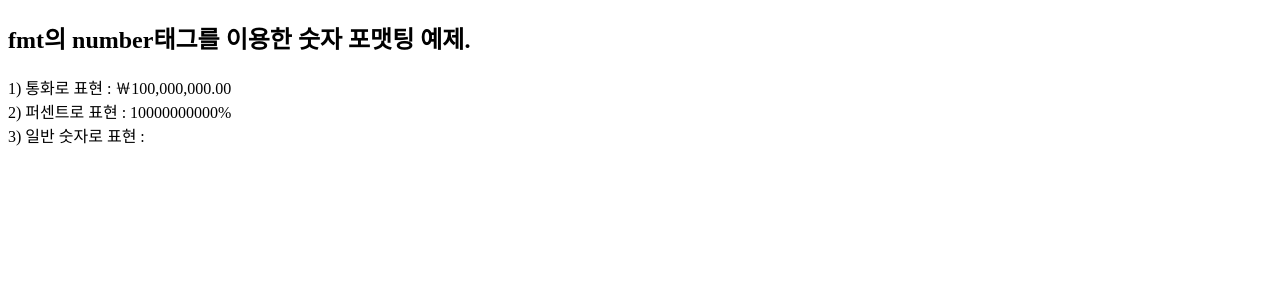
Repository: leehojun95/HJ-Developer
Page: http://localhost/webShop/sec14/test04/fomatTest.jsp
The author's editor kept a copy of each file at every save. The page is drawn from the files as they stood at one save, then again after the next save.
The browser window is 1280 px wide. The pictures show the whole page.
The page is served by Tomcat 9. Other server files are loaded and not shown.

Above is the page before, as saved 2024-04-25 07:30:37.

### webShop/src/main/webapp/sec14/test04/fomatTest.jsp
<%@ page language="java" contentType="text/html; charset=UTF-8"
    pageEncoding="UTF-8"%>
    <%@taglib prefix="c" uri="http://java.sun.com/jsp/jstl/core" %>
    <%@taglib prefix="fmt" uri="http://java.sun.com/jsp/jstl/fmt" %>

<!DOCTYPE html>
<html>
<head>
<meta charset="UTF-8">
<title>Insert title here</title>
</head>
<body>
<h2>fmt의 number태그를 이용한 숫자 포맷팅 예제.</h2>
<c:set var="price" value="100000000" />
1) 통화로 표현 :
<fmt:formatNumber type="currency" currencySymbol="￦" value="${price }" groupingUsed="true" /><br>
2) 퍼센트로 표현 :
<fmt:formatNumber value="${price }" type="percent" groupingUsed="false" /><br>
3) 일반 숫자로 표현 :${priceNumber }<br>
<fmt:formatNumber value="${price }" type="number" var="priceNumber" />
</body>
</html>

After the next save:
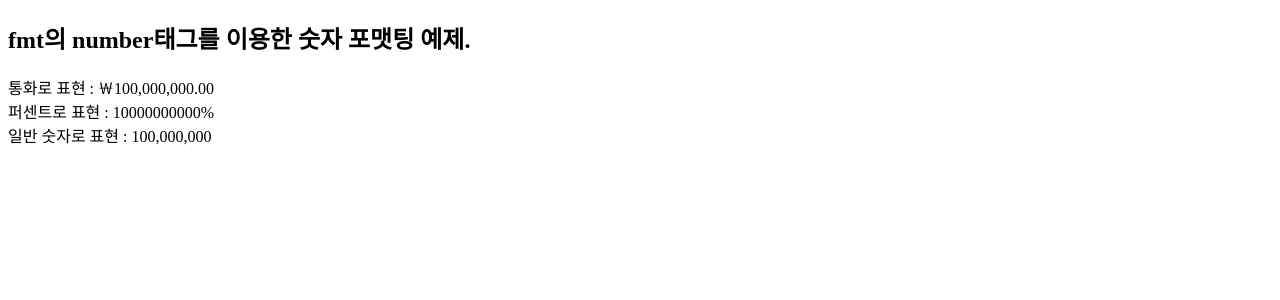
Saved 37 s later.
--- a/webShop/src/main/webapp/sec14/test04/fomatTest.jsp
+++ b/webShop/src/main/webapp/sec14/test04/fomatTest.jsp
@@ -12,11 +12,13 @@
 <body>
 <h2>fmt의 number태그를 이용한 숫자 포맷팅 예제.</h2>
 <c:set var="price" value="100000000" />
-1) 통화로 표현 :
+<fmt:formatNumber value="${price }" type="number" var="priceNumber" />
+통화로 표현 :
 <fmt:formatNumber type="currency" currencySymbol="￦" value="${price }" groupingUsed="true" /><br>
-2) 퍼센트로 표현 :
+퍼센트로 표현 :
 <fmt:formatNumber value="${price }" type="percent" groupingUsed="false" /><br>
-3) 일반 숫자로 표현 :${priceNumber }<br>
+일반 숫자로 표현 :
 <fmt:formatNumber value="${price }" type="number" var="priceNumber" />
+${priceNumber }<br>
 </body>
 </html>
